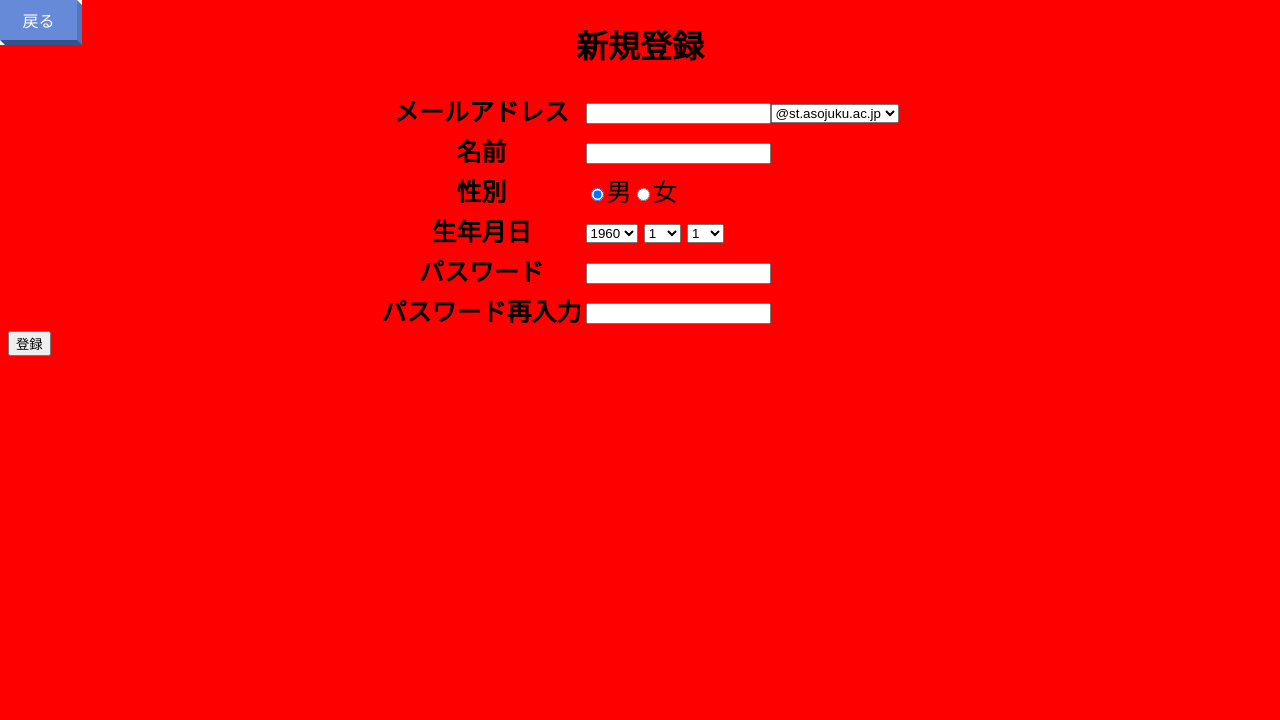
Repository: kawaguchi-mizuki/ntmc
Page: http://localhost/movie/adduser
The author's editor kept a copy of each file at every save. The page is drawn from the files as they stood at one save, then again after the next save.
The browser window is 1280 px wide. The pictures show the whole page.
The page is served by Tomcat 9. Other server files are loaded and not shown.

Above is the page before, as saved 2019-06-19 06:53:48.

### 開発/movie/movie/WebContent/WEB-INF/jsp/add_user.jsp
<%@ page language="java" contentType="text/html; charset=UTF-8"
	pageEncoding="UTF-8"%>
<!DOCTYPE html>
<html>
<head>
<meta charset="UTF-8">
<link href="css/user_add.css" rel="stylesheet" type="text/css">
<title>会員登録</title>
</head>
<body>
	<h1>新規登録</h1>
	<a href="login" class="btn-square-slant"
		style="position: absolute; left: 0px; top: 0px">戻る</a>
	<form action="user" method="POST">
		<table align="center">
			<tr>
				<th>メールアドレス</th>
				<td><input type="text" name="mail"><select name="addr"
					id="addr"></select></td>
			</tr>
			<tr>
				<th>名前</th>
				<td><input type="text" name="name"></td>
			</tr>
			<tr>
				<th>性別</th>
				<td><input type="radio" name="sex" value="男" checked="checked">男<input
					type="radio" name="sex" value="女">女</td>
			</tr>
			<tr>
				<th>生年月日</th>
				<td><select name="year" id="year"> //1960 2019
				</select> <select name="month" id="month">
				</select> <select name="day" id="day">
				</select></td>
			</tr>
			<tr>
				<th>パスワード</th>
				<td><input type="password" name="password"></td>
			</tr>
			<tr>
				<th>パスワード再入力</th>
				<td><input type="password" name="r-password"></td>
			</tr>
		</table>
		<%
			String errflg = request.getParameter("errflg");
		%>
		<%
			if (errflg != null && errflg.equals("1")) {
		%>
		<p>空白があります！</p>
		<%
			} else if (errflg != null && errflg.equals("2")) {
		%>
		<p>パスワードは同じ文字をいれてください！</p>
		<%
			}
		%>
		<input type="submit" value="登録">

	</form>
</body>

<script>
	//optionタグ量産
	const year = document.getElementById('year')
	const month = document.getElementById('month')
	const day = document.getElementById('day')
	for (let i = 1960; i <= 2019; i++) {
		const optionTag = document.createElement("option")
		year.appendChild(optionTag)
		dispatchOption(optionTag, i)
	}
	for (let i = 1; i <= 12; i++) {
		const optionTag = document.createElement("option")
		month.appendChild(optionTag)
		dispatchOption(optionTag, i)
	}
	for (let i = 1; i < 31; i++) {
		const optionTag = document.createElement("option")
		day.appendChild(optionTag)
		dispatchOption(optionTag, i)
	}
	//optionタグにvalueと表示文字を付与
	function dispatchOption(option, value) {
		option.textContent = value
		option.value = value
	}

	const addr = document.getElementById('addr')

	var mail = [ "@st.asojuku.ac.jp", "@gmail.com", "@ezweb.ne.jp",
			"@docomo.ne.jp", "@softbank.jp", "" ];

	for (let i = 0; i < mail.length; i++) {
		const optionTag = document.createElement("option")
		addr.appendChild(optionTag)
		dispatchOption(optionTag, mail[i])
	}
</script>


</body>
</html>

### 開発/movie/movie/src/movie/controller/AddUserStart.java
package movie.controller;

import java.io.IOException;

import javax.servlet.RequestDispatcher;
import javax.servlet.ServletException;
import javax.servlet.annotation.WebServlet;
import javax.servlet.http.HttpServlet;
import javax.servlet.http.HttpServletRequest;
import javax.servlet.http.HttpServletResponse;
@WebServlet("/adduser")
public class AddUserStart extends HttpServlet {

	@Override
	protected void doGet(HttpServletRequest request, HttpServletResponse respons) throws ServletException, IOException {
		// TODO 自動生成されたメソッド・スタブ
		RequestDispatcher dispatcher = request.getRequestDispatcher("WEB-INF/jsp/add_user.jsp");
		dispatcher.forward(request, respons);

	}


}

### 開発/movie/movie/WebContent/css/user_add.css
@charset "UTF-8";
body{
	background-color:red;
}

h1{
	text-align: center;
}
td{
	margin-bottom:10px;
}
table{
	font-size:25px;
}

/*ログインボタン*/
.btn-square {
  display: inline-block;
  padding: 0.5em 1em;
  text-decoration: none;
  background: #668ad8;/*ボタン色*/
  color: #FFF;
  border-bottom: solid 4px #627295;
  border-radius: 3px;
}
.btn-square:active {
  /*ボタンを押したとき*/
  -webkit-transform: translateY(4px);
  transform: translateY(4px);/*下に動く*/
  border-bottom: none;/*線を消す*/
}

/*新規登録ボタン*/
.btn-square-slant {
  display: inline-block;
  position: relative;
  padding: 0.5em 1.4em;
  text-decoration: none;
  background: #668ad8;/*ボタン色*/
  color: #FFF;
  border-bottom: solid 5px #36528c;/*ボタン色より暗めに*/
  border-right: solid 5px #5375bd;/*ボタン色より暗めに*/
}

.btn-square-slant:before {
  content: " ";
  position: absolute;
  bottom: -5px;
  left: -1px;
  width: 0;
  height: 0;
  border-width: 0 6px 6px 0px;
  border-style: solid;
  border-color: transparent;
  border-bottom-color: #FFF;
}
.btn-square-slant:after {
  content: " ";
  position: absolute;
  top: -1px;
  right: -5px;
  width: 0;
  height: 0;
  border-width: 0px 6px 6px 0px;
  border-style: solid;
  border-color: #FFF;
  border-bottom-color: transparent;
}

.btn-square-slant:active {
  /*ボタンを押したとき*/
  border:none;
  -webkit-transform: translate(6px,6px);
  transform: translate(6px,6px);
}

.btn-square-slant:active:after, .btn-square-slant:active:before {
  content: none;/*ボタンを押すと線が消える*/
}@charset "UTF-8";

After the next save:
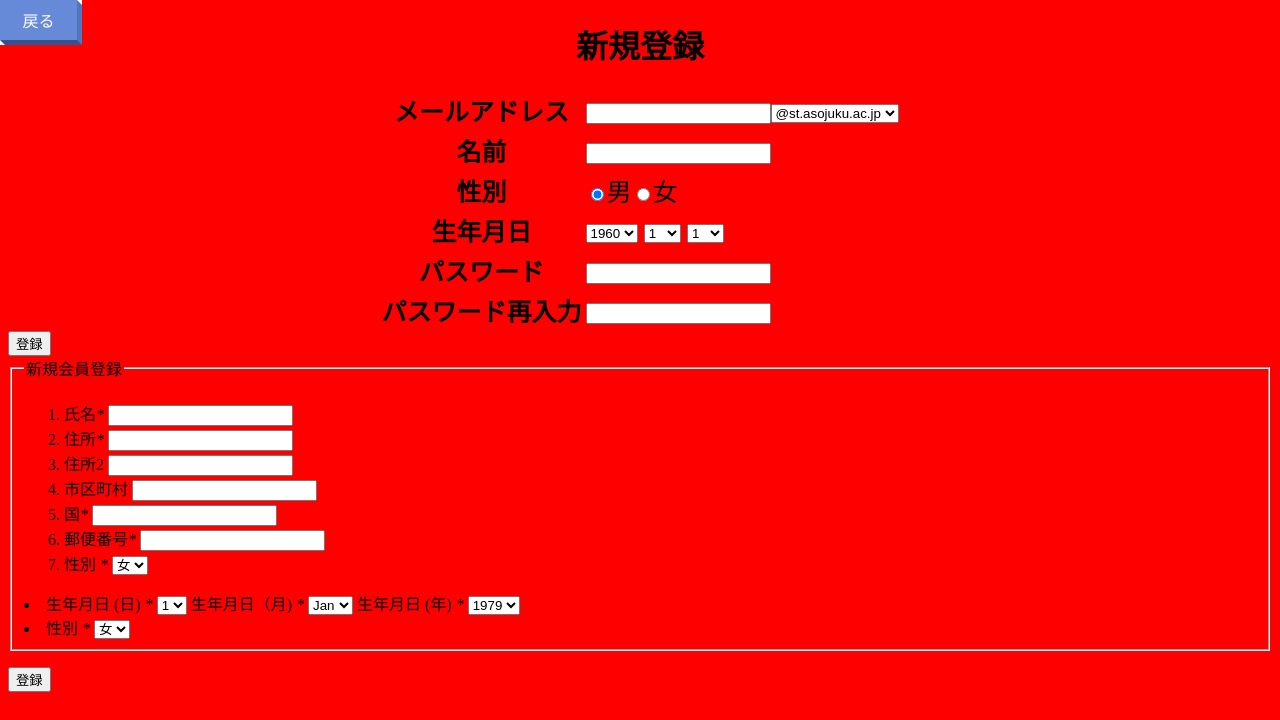
Saved 3 min 43 s later.
--- a/開発/movie/movie/WebContent/WEB-INF/jsp/add_user.jsp
+++ b/開発/movie/movie/WebContent/WEB-INF/jsp/add_user.jsp
@@ -60,6 +60,48 @@
 		<input type="submit" value="登録">
 
 	</form>
+	<form class="cmxform" action="user" method="POST">
+		<fieldset>
+			<legend>新規会員登録</legend>
+			<ol>
+				<li><label for="name">氏名<em>*</em></label> <input id="name" />
+				</li>
+				<li><label for="address1">住所<em>*</em></label> <input
+					id="address1" /></li>
+				<li><label for="address2">住所2</label> <input id="address2" />
+				</li>
+				<li><label for="town-city">市区町村</label> <input id="town-city" />
+				</li>
+				<li><label for="county">国<em>*</em></label> <input id="county" />
+				</li>
+				<li><label for="postcode">郵便番号<em>*</em></label> <input
+					id="postcode" /></li>
+				<li><label for="sex">性別 <em>*</em></label> <select id="sex"><option
+							value="female">女</option>
+						<option value="male">男</option></select></li>
+			</ol>
+
+			<li><label for="dob">生年月日 <span class="sr">(日)</span> <em>*</em></label>
+				<select id="dob"><option value="1">1</option>
+					<option value="2">2</option></select> <label for="dob-m" class="sr">生年月日（月)
+					<em>*</em>
+			</label> <select id="dob-m"><option value="1">Jan</option>
+					<option value="2">Feb</option></select> <label for="dob-y" class="sr">生年月日
+					(年) <em>*</em>
+			</label> <select id="dob-y"><option value="1979">1979</option>
+					<option value="1980">1980</option></select></li>
+
+			</ol>
+			<li><label for="sex">性別 <em>*</em></label> <select id="sex"><option
+						value="female">女</option>
+					<option value="male">男</option></select></li>
+			</ol>
+		</fieldset>
+		<p>
+			<input type="submit" value="登録" />
+		</p>
+	</form>
+
 </body>
 
 <script>
